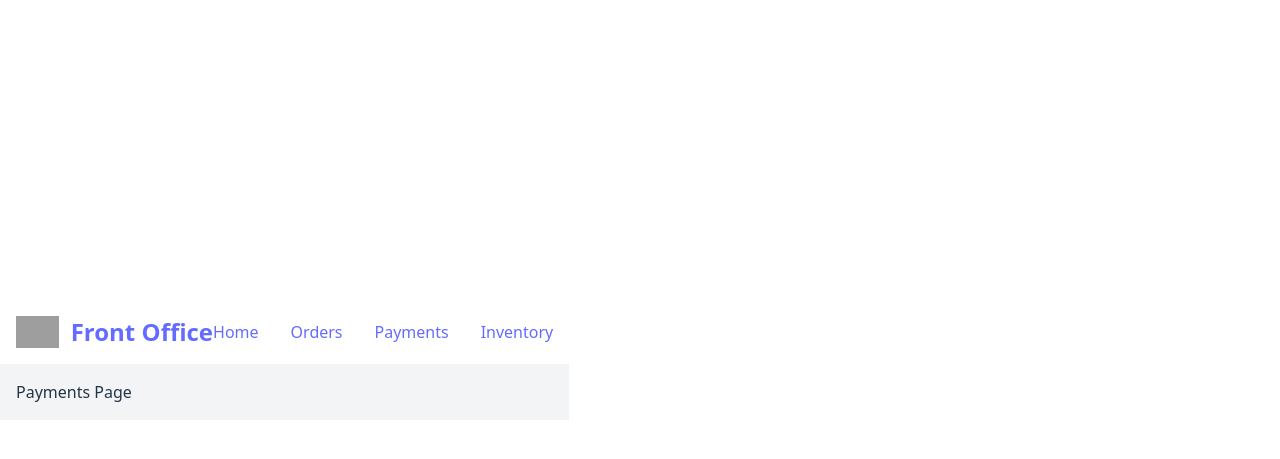
Repository: ib-entreprise/projet-micro-service
Page: /payments (app in front-office/)
The author's editor kept a copy of each file at every save. The page is drawn from the files as they stood at one save, then again after the next save.
The browser window is 1280 px wide. The pictures show the whole page.
Pictures or frames that could not be fetched are drawn as grey boxes. The project was rebuilt for these pictures with package versions that can differ from the ones it lists, and the page was loaded fresh each time. Also part of the build but not shown: front-office/vite.config.ts.

Above is the page before, as saved 2025-03-19 12:13:10.

### front-office/index.html
<!doctype html>
<html lang="en">
  <head>
    <meta charset="UTF-8" />
    <link rel="icon" type="image/svg+xml" href="/vite.svg" />
    <meta name="viewport" content="width=device-width, initial-scale=1.0" />
    <title>Vite + React + TS</title>
    <script src="https://cdn.jsdelivr.net/npm/@tailwindcss/browser@4"></script>

  </head>
  <body>
    <div id="root"></div>
    <script type="module" src="/src/main.tsx"></script>
  </body>
</html>

### front-office/src/App.tsx
import React from 'react';
import { BrowserRouter as Router, Routes, Route, Link } from 'react-router-dom';
import Nav from './components/nav';
function Home() {
  return <h2>Home Page</h2>;
}

function Orders() {
  return <h2>Orders Page</h2>;
}

function Payments() {
  return <h2>Payments Page</h2>;
}

function Inventory() {
  return <h2>Inventory Page</h2>;
}

function App() {
  return (
    <Router>
      <div className="bg-gray-100 w-full ">
        {/* Menu de navigation */}
          <Nav />

        {/* Contenu principal */}
        <main className="container mx-auto p-4">
          <Routes>
            <Route path="/" element={<Home />} />
            <Route path="/orders" element={<Orders />} />
            <Route path="/payments" element={<Payments />} />
            <Route path="/inventory" element={<Inventory />} />
          </Routes>
        </main>
      </div>
    </Router>
  );
}

export default App;

### front-office/src/components/nav.tsx
export default function Nav() {
  return (
    <nav className="bg-white border-gray-200 dark:bg-gray-900">
  <div className="max-w-screen-xl flex flex-wrap items-center justify-between mx-auto p-4">
    <a href="/" className="flex items-center space-x-3 rtl:space-x-reverse">
      <img src="https://flowbite.com/docs/images/logo.svg" className="h-8" alt="Flowbite Logo" />
      <span className="self-center text-2xl font-semibold whitespace-nowrap dark:text-white">Front Office</span>
    </a>
    <button
      data-collapse-toggle="navbar-default"
      type="button"
      className="inline-flex items-center p-2 w-10 h-10 justify-center text-sm text-gray-500 rounded-lg md:hidden hover:bg-gray-100 focus:outline-none focus:ring-2 focus:ring-gray-200 dark:text-gray-400 dark:hover:bg-gray-700 dark:focus:ring-gray-600"
      aria-controls="navbar-default"
      aria-expanded="false"
    >
      <span className="sr-only">Open main menu</span>
      <svg
        className="w-5 h-5"
        aria-hidden="true"
        xmlns="http://www.w3.org/2000/svg"
        fill="none"
        viewBox="0 0 17 14"
      >
        <path
          stroke="currentColor"
          strokeLinecap="round"
          strokeLinejoin="round"
          strokeWidth="2"
          d="M1 1h15M1 7h15M1 13h15"
        />
      </svg>
    </button>
    <div className="hidden w-full md:block md:w-auto" id="navbar-default">
      <ul className="font-medium flex flex-col p-4 md:p-0 mt-4 border border-gray-100 rounded-lg bg-gray-50 md:flex-row md:space-x-8 rtl:space-x-reverse md:mt-0 md:border-0 md:bg-white dark:bg-gray-800 md:dark:bg-gray-900 dark:border-gray-700">
        <li>
          <a
            href="/"
            className="block py-2 px-3 text-white bg-blue-700 rounded-sm md:bg-transparent md:text-blue-700 md:p-0 dark:text-white md:dark:text-blue-500"
            aria-current="page"
          >
            Home
          </a>
        </li>
        <li>
          <a
            href="/orders"
            className="block py-2 px-3 text-gray-900 rounded-sm hover:bg-gray-100 md:hover:bg-transparent md:border-0 md:hover:text-blue-700 md:p-0 dark:text-white md:dark:hover:text-blue-500 dark:hover:bg-gray-700 dark:hover:text-white md:dark:hover:bg-transparent"
          >
            Orders
          </a>
        </li>
        <li>
          <a
            href="/payments"
            className="block py-2 px-3 text-gray-900 rounded-sm hover:bg-gray-100 md:hover:bg-transparent md:border-0 md:hover:text-blue-700 md:p-0 dark:text-white md:dark:hover:text-blue-500 dark:hover:bg-gray-700 dark:hover:text-white md:dark:hover:bg-transparent"
          >
            Payments
          </a>
        </li>
        <li>
          <a
            href="/inventory"
            className="block py-2 px-3 text-gray-900 rounded-sm hover:bg-gray-100 md:hover:bg-transparent md:border-0 md:hover:text-blue-700 md:p-0 dark:text-white md:dark:hover:text-blue-500 dark:hover:bg-gray-700 dark:hover:text-white md:dark:hover:bg-transparent"
          >
            Inventory
          </a>
        </li>
      </ul>
    </div>
  </div>
</nav>
  );
}

Loaded but not shown: front-office/src/main.tsx (common file); front-office/src/index.css (common file)

After the next save:
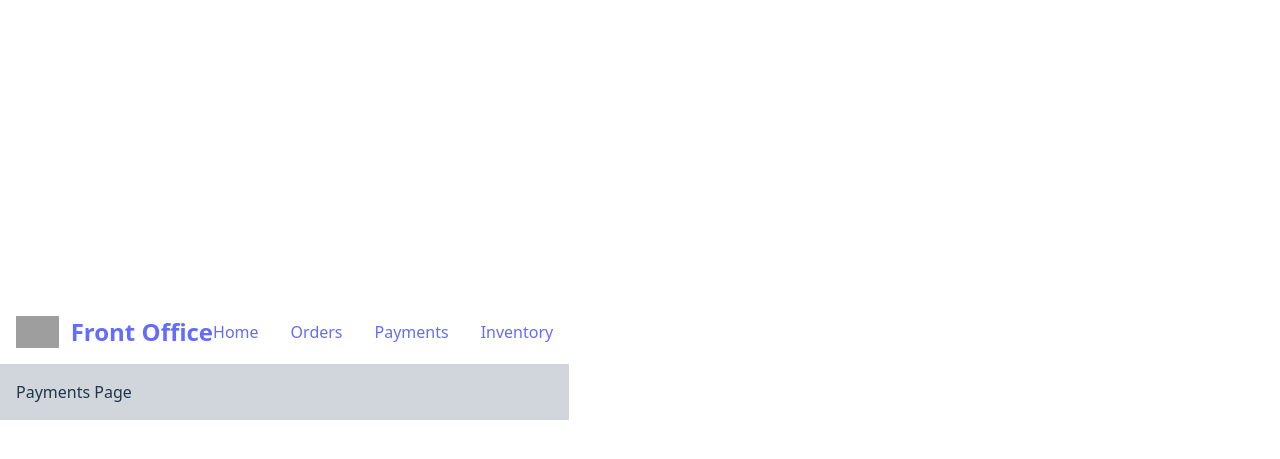
Saved 33 s later.
--- a/front-office/src/App.tsx
+++ b/front-office/src/App.tsx
@@ -20,7 +20,7 @@ function Inventory() {
 function App() {
   return (
     <Router>
-      <div className="bg-gray-100 w-full ">
+      <div className="bg-gray-300 w-full ">
         {/* Menu de navigation */}
           <Nav />
 
